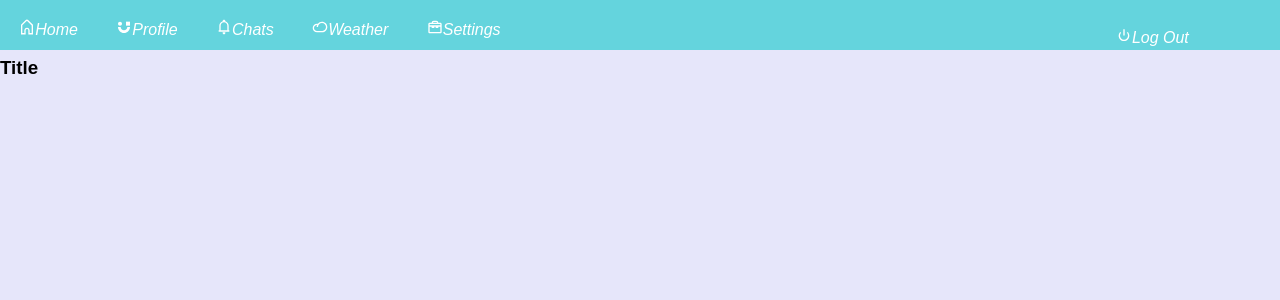
Repository: deriksadiki/react-routes-v6
Page: /weather
These files come from the project's save history. The page is drawn as it stood at one moment and after the next save; the edit follows.
The browser window is 1280 px wide. The pictures show the whole page.
The project was rebuilt for these pictures with package versions that can differ from the ones it lists, and the page was loaded fresh each time. Also part of the build but not shown: src/Components/topbar/OfflineNav.js, src/App.css, src/Components/Home/Home.js, src/Components/Login/Login.js, src/Components/Profile/Profile.js, src/Components/SIgnup/SIgnup.js, src/Auth/Routes.js.

Above is the page before, as saved 2021-11-19 19:23:23.

After the next save:
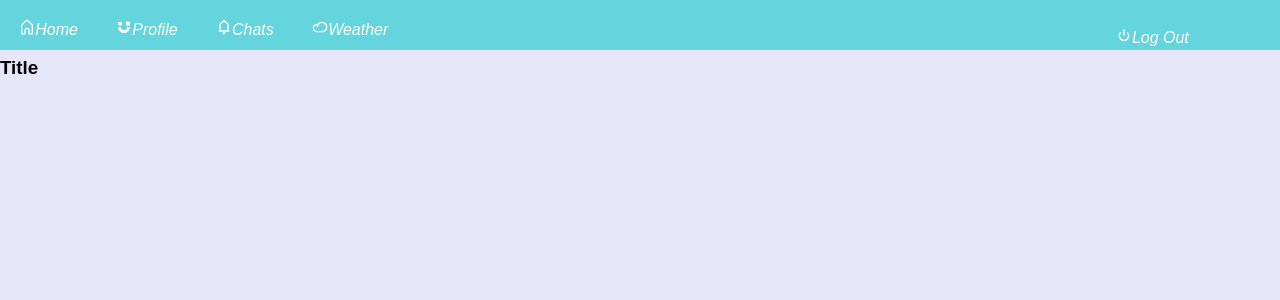
Saved 9 s later.
--- a/src/Components/topbar/RouteLinks.js
+++ b/src/Components/topbar/RouteLinks.js
@@ -23,9 +23,7 @@ function RouteLinks(props) {
                     <NavLink to="/weather" activeStyle={{color: 'black'}} onClick={() => props.isMobile && props.closeMobileMenu()} ><span><i><CgCloud />Weather</i></span>
                     </NavLink>
                     <br></br>
-                    <NavLink to="/messages" activeStyle={{color: 'black'}} onClick={() => props.isMobile && props.closeMobileMenu()} ><span><i><CgToolbox />Settings</i></span>
-                    </NavLink>
-                    <br></br>
+
                     <NavLink to="/signin" activeStyle={{color: 'black'}} onClick={() => props.isMobile && props.closeMobileMenu()} ><span className="signout"><i><CgLogOff />Log Out</i></span>
                     </NavLink>
                     </div>
